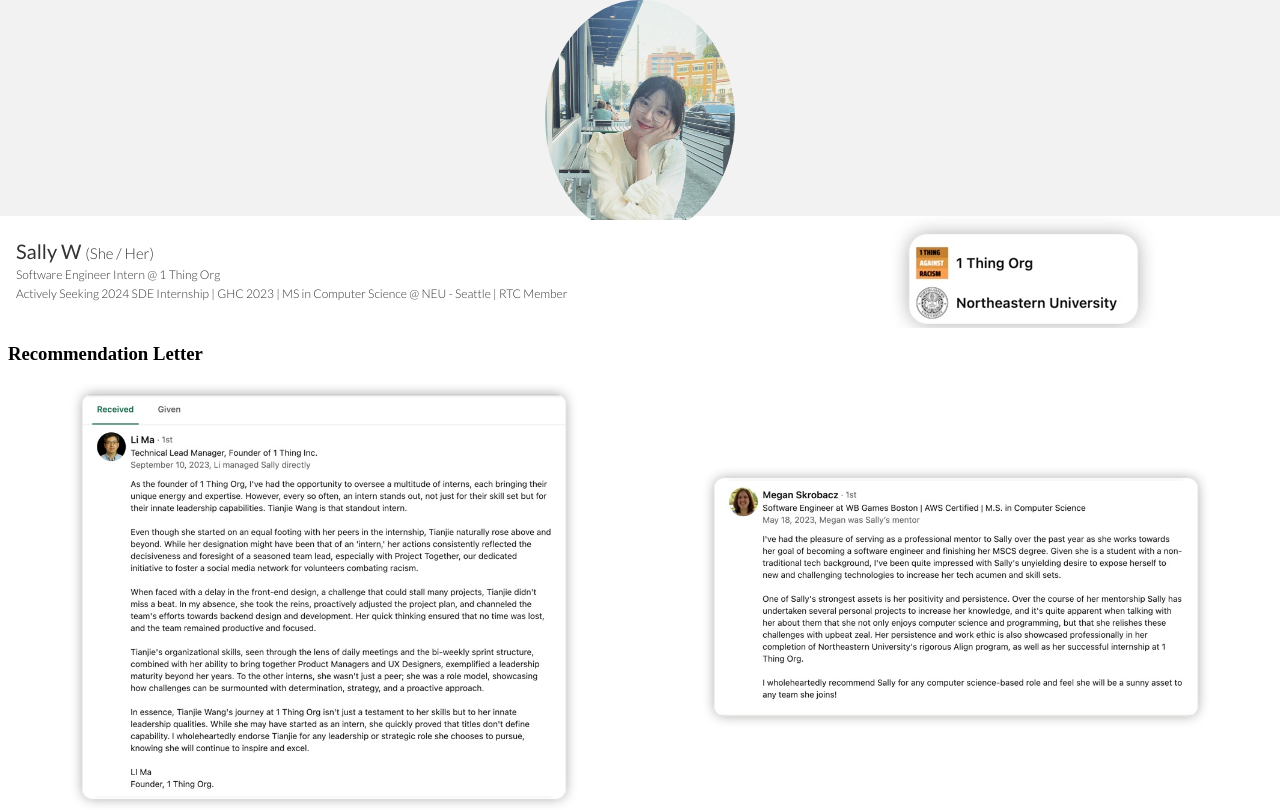
Repository: tianjiewang2022/digital-namecard
Page: recommendation_page.html
These files come from the project's save history. The page is drawn as it stood at one moment and after the next save; the edit follows.
The browser window is 1280 px wide. The pictures show the whole page.
Some web fonts or font styles are not loaded; a fallback is used.

Above is the page before, as saved 2023-10-16 01:03:13.

### recommendation_page.html
<!DOCTYPE html>
<html>

    <head>
        <link rel="stylesheet" href="main.css">
        <link href='https://fonts.googleapis.com/css?family=Lato:200,300,400,700' rel='stylesheet' type='text/css'>
        <link href="https://fonts.googleapis.com/css?family=Muli:200,300" rel="stylesheet">
        <meta name="viewport" content="width=device-width, initial-scale=1, shrink-to-fit=no">
    </head>

    <body>
        <section class="bg-color-grey banner">
            <div class="container">
                <div class="row">
                    <div class="col"></div>
                    <div class="col is-5">
                        <img class="profile-pic" src="E4CDA194-B414-4D9C-A781-2C7693C33BDE.JPG" alt="Profile Picture">
                    </div>
                    <div class="col"></div>
                </div>
            </div>
        </section>

        <section class="bg-color-white primary-info">
            <div class="container">
                <div class="row name-title-company">
                    <div class="col is-6">
                        <p class="text-name">Sally W <span>(She / Her)</span></p>
                        <p class="text-title-company">Software Engineer Intern @ 1 Thing Org</p>
                        <p class="text-title-company">Actively Seeking 2024 SDE Internship | GHC 2023 | MS in Computer
                            Science @ NEU - Seattle | RTC Member</p>
                    </div>
                    <div class="col">
                        <img src="iShot_2023-09-12_11.27.03.jpg" alt="Company Logo">
                    </div>
                </div>
            </div>
        </section>
        <section class="bg-color-white secondary-info">
            <div class="container">
                <h3>Recommendation Letter</h3>
                <div class="image-container">
                    <img src="Recommendation_Manager.jpg" alt="Recommendation from Manager">
                    <img src="Recommendation_Mentor.jpg" alt="Recommendation from Mentor">
                </div>
            </div>
        </section>

        <!-- <section class="bg-color-white secondary-info">
            <div class="container table-container">
                <h3>Please leave your cherishing comment! ^_^</h3>
                <table>
                    <label for="name">Name</label>
                    <input type="text" id="name" name="name" placeholder="Your Name">

                    <label for="email">Email</label>
                    <input type="email" id="email" name="email" placeholder="Your Email">

                    <label for="message">Comment</label>
                    <input type="text" id="message" name="message" placeholder="Your Comment">

                    <button type="submit">Submit</button>
                </table>
            </div>
        </section>

        <section class="bg-color-white bottom">
            <div class="container">
                <div class="row">
                    <div class="col"></div>
                    <div class="col is-5">
                        <div class="button">
                            <a href="user.vcf">
                                <p class="button">Download</p>
                            </a>
                        </div>
                    </div>
                    <div class="col"></div>
                </div>
            </div>
        </section> -->

    </body>

</html>

### main.css
html,
body {
	height: 100%;
	width: 100%;
	margin: 0;
	justify-content: center;
}

section {
	display: block;
	padding-left: 0.5rem;
	padding-right: 0.5rem;
	height: auto;
}

p {
	margin: 0.25rem !important;
}

a {
	text-decoration: none;
}

img {
	display: block;
	margin: 0 auto;
	/* Center images horizontally */
	/* margin-left: auto;
	margin-right: auto; */
	max-height: 100%;
	max-width: 100%;
	height: auto;
	width: auto;
	object-fit: contain;
}

img.profile-pic {
	height: 30%;
	width: 30%;
	object-fit: cover;
	border-radius: 50%;
}

.container {
	margin: 0 auto;
	position: relative;
	height: 100%;
}

.row {
	display: flex;
	justify-content: center;
	align-items: center;
	flex-wrap: nowrap;
	flex-direction: row;
	position: relative;
	height: 100%;
	width: 100%;
}

.col {
	display: block;
	flex-basis: 0;
	flex-grow: 1;
	flex-shrink: 1;
	margin: 0;
	padding: 0.25rem;
	max-width: 100%;
	max-height: 100%;
	overflow: auto;
}

.col.is-1 {
	flex: none;
	width: 10%;
}

.col.is-2 {
	flex: none;
	width: 20%;
}

.col.is-3 {
	flex: none;
	width: 30%;
}

.col.is-4 {
	flex: none;
	width: 40%;
}

.col.is-5 {
	flex: none;
	width: 50%;
}

.col.is-6 {
	flex: none;
	width: 60%;
}

.col.is-7 {
	flex: none;
	width: 70%;
}

.col.is-8 {
	flex: none;
	width: 80%;
}

.col.is-9 {
	flex: none;
	width: 90%;
}

.col.is-10 {
	flex: none;
	width: 100%;
}

.name-title-company {
	height: 100%;
}

.banner {
	height: 30%;
}

.primary-info {
	height: 15%;
}

.secondary-info {
	height: 8%;
}

.bg-color-grey {
	background-color: #F2F2F2;
}

.bg-color-white {
	background-color: white;
}

.text-name {
	font-family: 'Lato', sans-serif;
	font-weight: 400;
	color: #333333;
	font-size: 20px;
}

.text-name span {
	font-family: 'Lato', sans-serif;
	font-weight: 200;
	color: #333333;
	font-size: 15px;
}

.text-title-company {
	font-family: 'Lato', sans-serif;
	font-weight: 200;
	color: #333333;
	font-size: 12px;
}

.text-detail {
	font-family: 'Lato', sans-serif;
	font-weight: 300;
	color: #575757;
	font-size: 12px;
}

.bottom {
	height: 23%;
}

.button {
	background-color: #219653;
	height: 48px;
	padding-left: 24px padding-right: 24px;
	text-align: center;
	vertical-align: middle;
	line-height: 48px;
	font-family: 'Muli', sans-serif;
	color: white;
	font-weight: 300;
}

@media screen and (max-width: 600px) {
	img.profile-pic {
		height: 60%;
		width: 60%;
	}
}

@media screen and (max-width: 480px) {
	img.profile-pic {
		height: 80%;
		width: 80%;
	}
}

.table-container {
	margin: 0 auto;
	/* This centers the container horizontally */
	text-align: center;
	/* This centers the contents of the container */
}


/* CSS for the Submit button */
button {
	width: 100%;
	background: linear-gradient(to bottom, #27ae60, #2c3e50);
	color: white;
	border: none;
	padding: 10px;
	cursor: pointer;
}

/* CSS for button hover effect */
button:hover {
	cursor: pointer;
}

table {
	width: 100%;
	justify-content: center;
	border-collapse: collapse;
	margin-top: 10px;
}

th,
td {
	border: 1px solid #ccc;
	padding: 10px;
	text-align: center;
}

th {
	background-color: #f2f2f2;
}

.grid-container {
	display: grid;
	grid-template-columns: repeat(2, 1fr);
	/* Two columns with equal width */
	gap: 5px;
	/* Add some spacing between grid items */
	align-items: center;
}

/* Add this CSS to your main.css or in a <style> element in the HTML */
.image-container {
	display: flex;
	/* Use flexbox to arrange the images horizontally */
	justify-content: space-between;
	/* Create space between the images */
	align-items: center;
	/* Vertically center the images within the container */
}

.image-container img {
	max-width: 40%;
	/* Ensure images don't exceed their container's width */
	height: auto;
	/* Maintain the aspect ratio of the images */
}

After the next save:
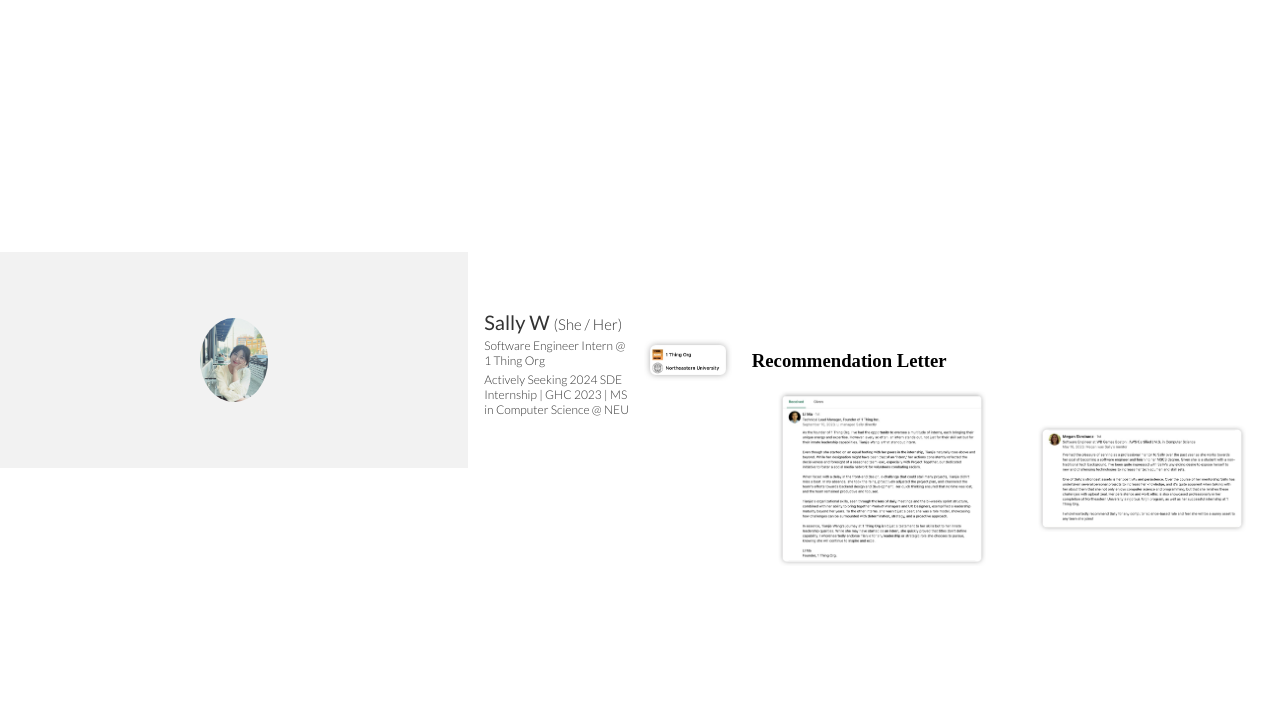
Saved 40 s later.
--- a/main.css
+++ b/main.css
@@ -3,7 +3,11 @@
 	height: 100%;
 	width: 100%;
 	margin: 0;
+	display: flex;
+	/* Change justify-content to display */
 	justify-content: center;
+	align-items: center;
+	/* Center content vertically */
 }
 
 section {
